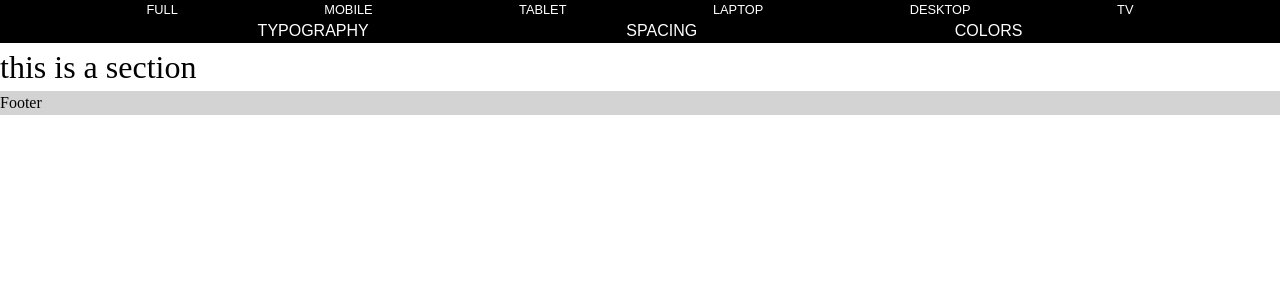
Repository: Terrycoco/coco-playground
Page: /
The author's editor kept a copy of each file at every save. The page is drawn from the files as they stood at one save, then again after the next save.
The browser window is 1280 px wide. The pictures show the whole page.
The project was rebuilt for these pictures with package versions that can differ from the ones it lists, and the page was loaded fresh each time. The framework's server and built-in components were replaced by stand-ins that run in the browser. Also part of the build but not shown: next.config.js.

Above is the page before, as saved 2023-03-20 10:23:59.

After the next save:
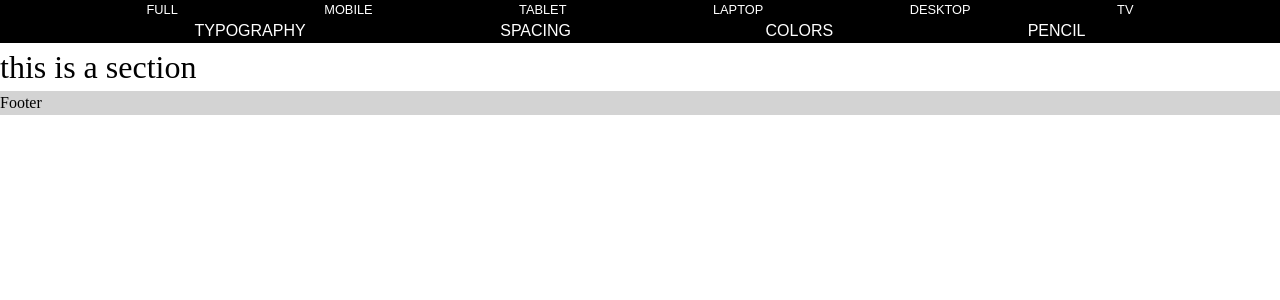
Saved 76 s later.
--- a/src/components/layout/Header.js
+++ b/src/components/layout/Header.js
@@ -31,7 +31,9 @@ function Header() {
       <menu style={styles.menu}>
         <li style={styles.li}>typography</li>
         <li style={styles.li}>spacing</li>
+
         <li style={styles.li}>colors</li>
+        <li style={styles.li}>pencil</li>
       </menu>
     </header>
   );
